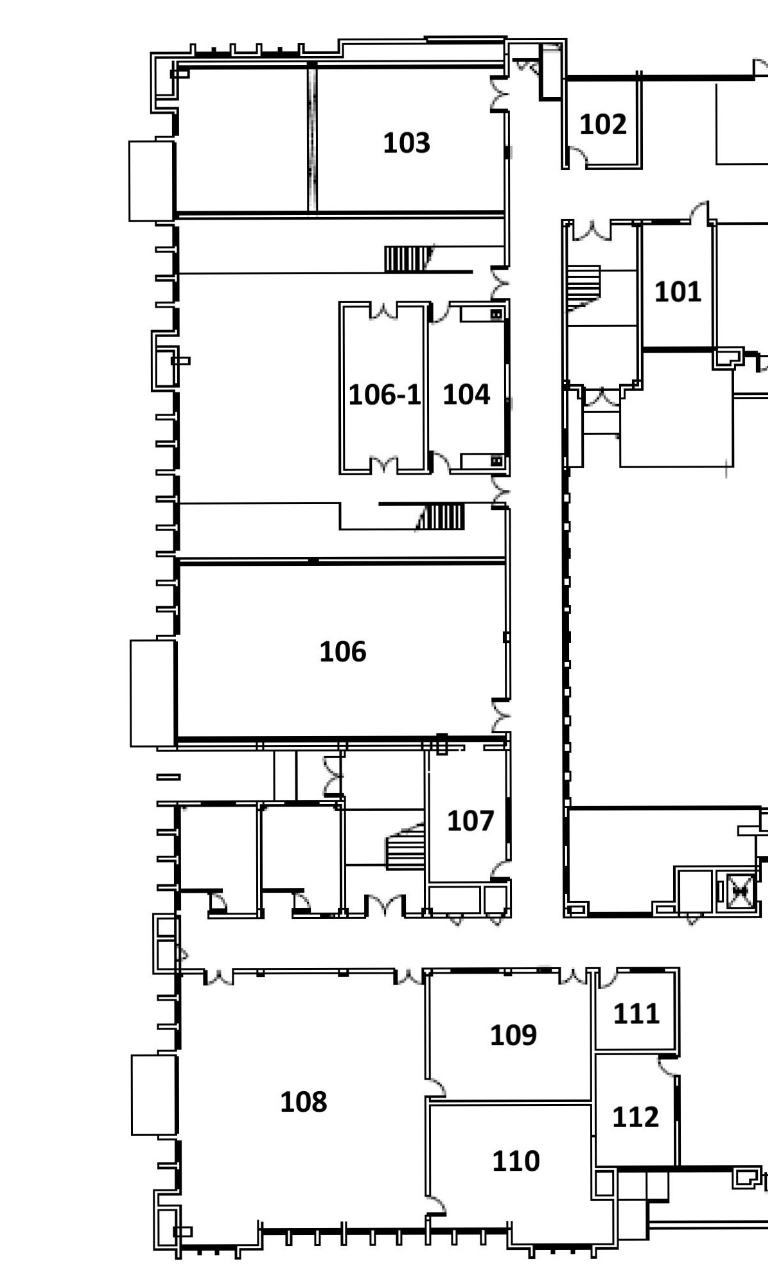
Repository: Bowding/SEB-Renovation
Layout: HelloAndroid/res/layout/activity_path_viewer.xml
The author's editor kept a copy of each file at every save. The layout is drawn from the files as they stood at one save, then again after the next save.
It is drawn on a 768 x 1280 px phone screen (xhdpi) without system bars, with theme AppTheme; the app's code is not run.

Above is the layout before, as saved 2017-07-14 09:58:44.

### HelloAndroid/res/layout/activity_path_viewer.xml
<RelativeLayout xmlns:android="http://schemas.android.com/apk/res/android"
    xmlns:tools="http://schemas.android.com/tools"
    android:layout_width="match_parent"
    android:layout_height="match_parent"
    tools:context=".PathViewer" >

    <LinearLayout
        android:layout_width="match_parent"
        android:layout_height="match_parent"
        android:layout_alignParentLeft="true"
        android:layout_centerVertical="true" >

        <FrameLayout
            android:layout_width="wrap_content"
            android:layout_height="match_parent" >

            <ImageView
                android:id="@+id/ivMap"
                android:layout_width="800dp"
                android:layout_height="match_parent"
                android:src="@drawable/level1" />

        </FrameLayout>

        <LinearLayout
            android:layout_width="match_parent"
            android:layout_height="match_parent"
            android:orientation="vertical" >

            <TextView
                android:id="@+id/textView1"
                android:layout_width="wrap_content"
                android:layout_height="wrap_content"
                android:layout_gravity="center"
                android:layout_marginLeft="30dp"
                android:layout_marginRight="30dp"
                android:layout_marginTop="50dp"
                android:text="Please head to level 1 using stairs or lift, and follow the detailed path on that floor as displayed."
                android:textAppearance="?android:attr/textAppearanceMedium" />

        </LinearLayout>

    </LinearLayout>

</RelativeLayout>

Loaded but not shown: HelloAndroid/res/values/styles.xml (common file); HelloAndroid/res/values-v11/styles.xml (common file); HelloAndroid/res/values-v14/styles.xml (common file)

After the next save:
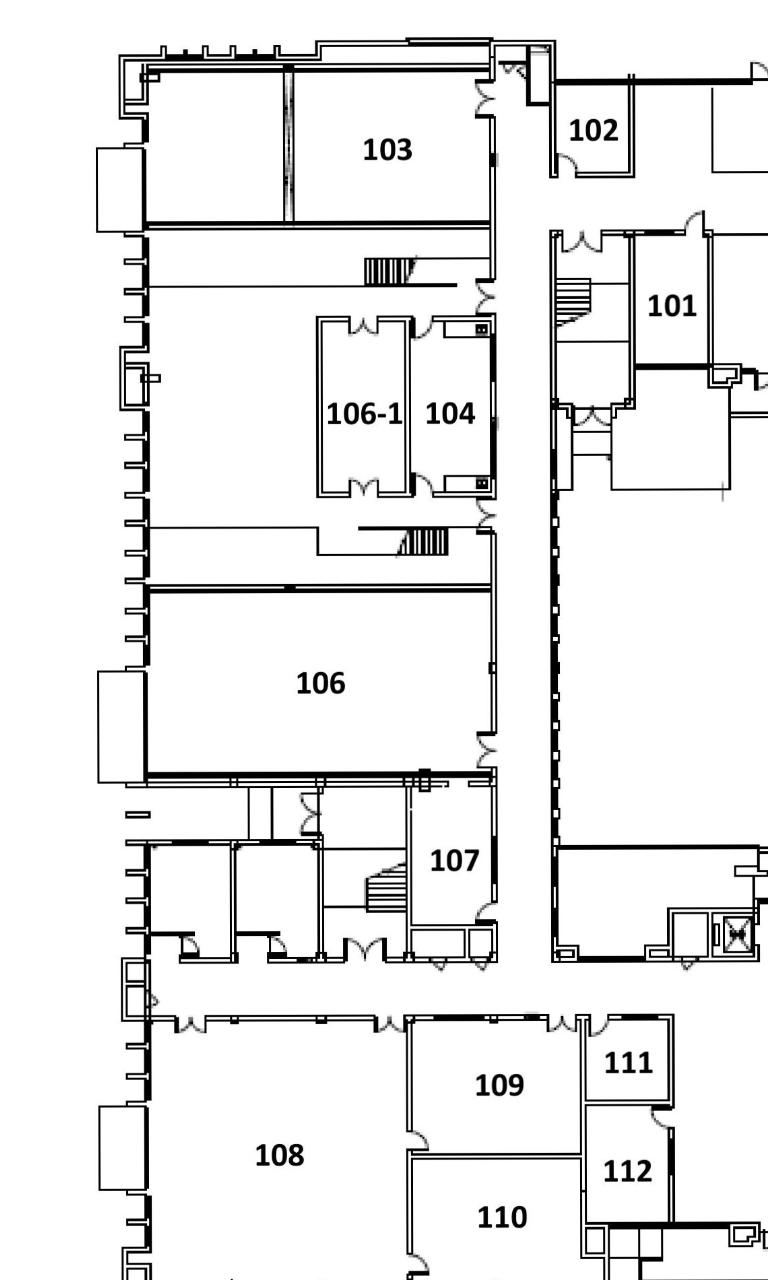
Saved 13 min 27 s later.
--- a/HelloAndroid/res/layout/activity_path_viewer.xml
+++ b/HelloAndroid/res/layout/activity_path_viewer.xml
@@ -17,7 +17,7 @@
             <ImageView
                 android:id="@+id/ivMap"
                 android:layout_width="800dp"
-                android:layout_height="match_parent"
+                android:layout_height="671dp"
                 android:src="@drawable/level1" />
 
         </FrameLayout>
